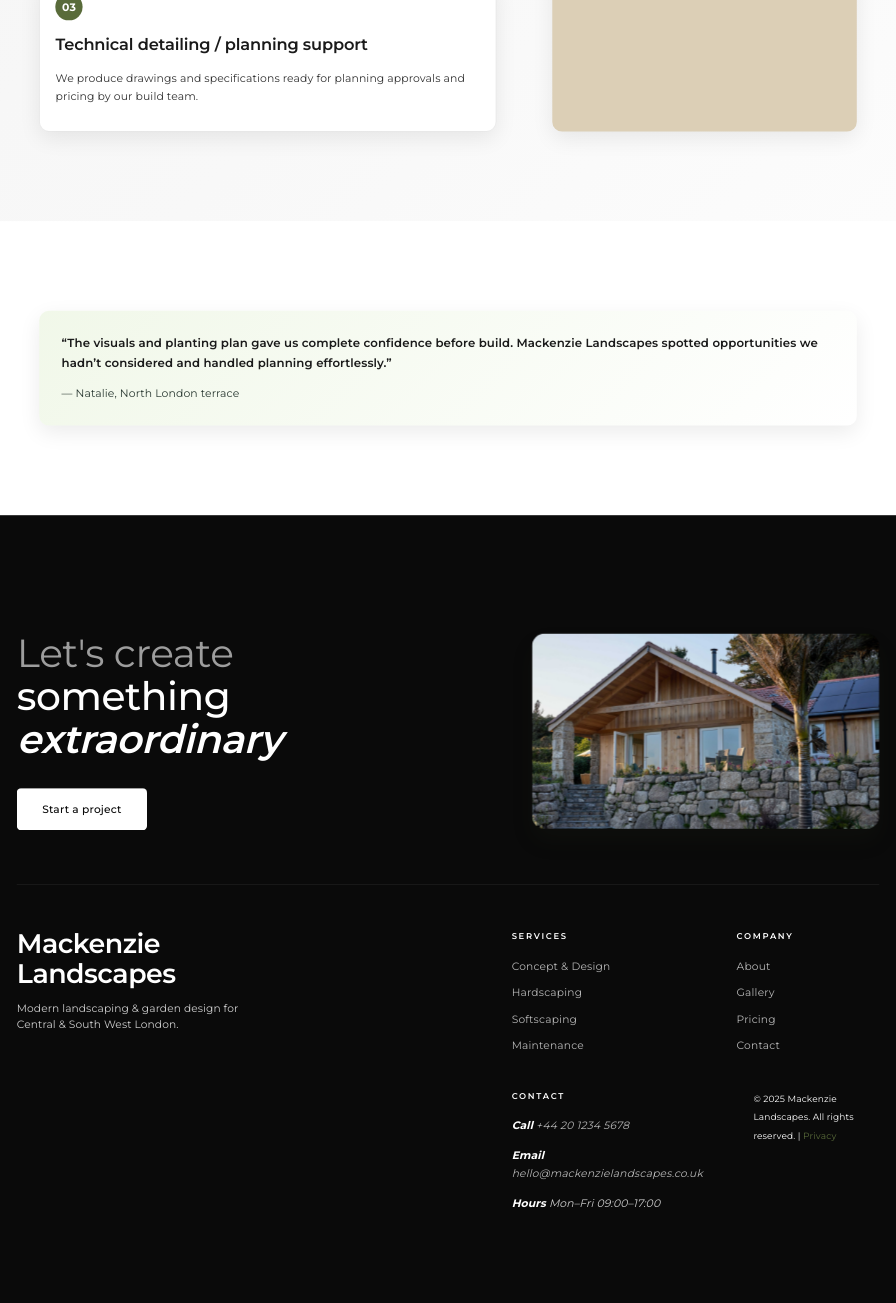
Repository: JoelMann1/MackenzieLandscapes
Page: concept-and-design.html
The author's editor kept a copy of each file at every save. The page is drawn from the files as they stood at one save, then again after the next save.
The browser window is 1280 px wide. The pictures show the part of the page from y = 2160 to 4080 px (the page is 4021 px tall before and 4080 px after), at 70% of full size.

Above is the page before, as saved 2025-10-22 17:19:46.

After the next save:
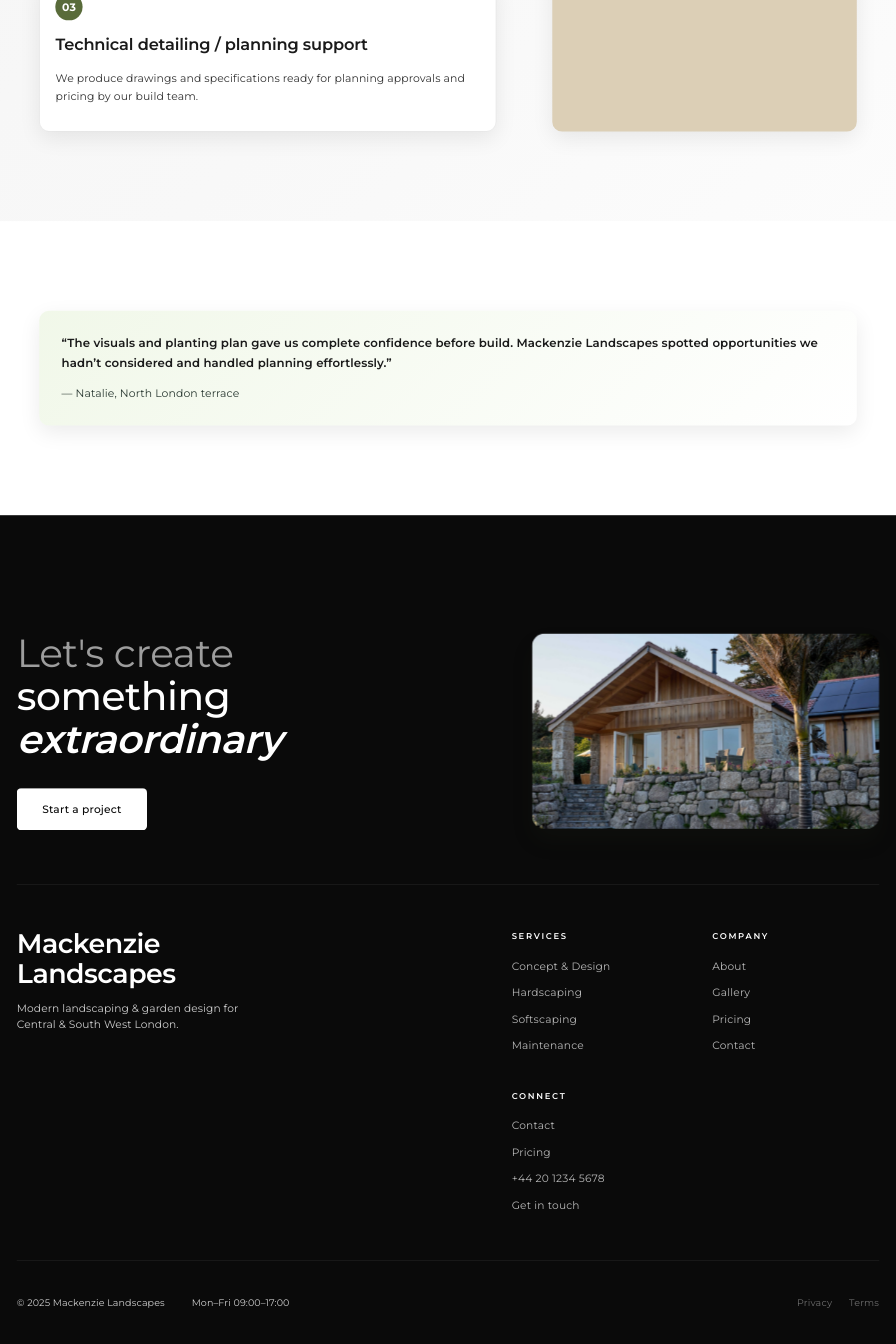
Saved 34 s later.
--- a/concept-and-design.html
+++ b/concept-and-design.html
@@ -274,15 +274,28 @@
             </ul>
           </div>
           <div class="footer-nav__col">
-            <h4>Contact</h4>
-            <address>
-              <p><strong>Call</strong> <a href="tel:+442012345678">+44 20 1234 5678</a></p>
-      <p><strong>Email</strong> <a href="mailto:hello@mackenzielandscapes.co.uk">hello@mackenzielandscapes.co.uk</a></p>
-      <p><strong>Hours</strong> Mon&ndash;Fri 09:00&ndash;17:00</p>
-    </address>
-  </div>
-  <div class="container fine">
-    <small>&copy; <span id="year"></span> Mackenzie Landscapes. All rights reserved. | <a href="#">Privacy</a></small>
+            <h4>Connect</h4>
+            <ul>
+              <li><a href="contact.html">Contact</a></li>
+              <li><a href="pricing.html">Pricing</a></li>
+              <li><a href="tel:+442012345678">+44 20 1234 5678</a></li>
+              <li><a href="mailto:hello@mackenzielandscapes.co.uk">Get in touch</a></li>
+            </ul>
+          </div>
+        </nav>
+      </div>
+
+      <div class="footer-bottom" data-footer-fade>
+        <div class="footer-meta">
+          <p>&copy; <span id="year"></span> Mackenzie Landscapes</p>
+          <p>Mon&ndash;Fri 09:00&ndash;17:00</p>
+        </div>
+        <div class="footer-legal">
+          <a href="#">Privacy</a>
+          <a href="#">Terms</a>
+        </div>
+      </div>
+    </div>
   </div>
 </footer>
 <script src="assets/js/main.js"></script>
